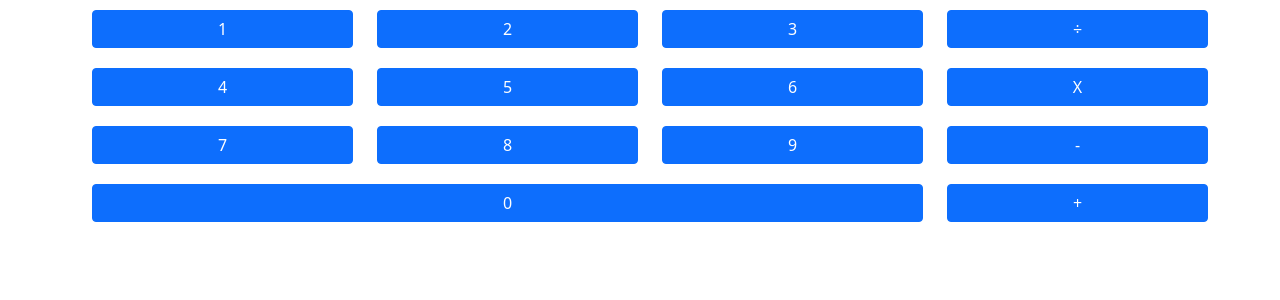
Repository: jsakdalan/CalculatorReactTypescript
Page: /
An editor plug-in stored every save of this project. The page is shown before and after the next save, followed by the edit.
The browser window is 1280 px wide. The pictures show the whole page.
The project was rebuilt for these pictures with package versions that can differ from the ones it lists, and the page was loaded fresh each time. Also part of the build but not shown: src/App.css.

Above is the page before, as saved 2022-06-07 15:54:33.

After the next save:
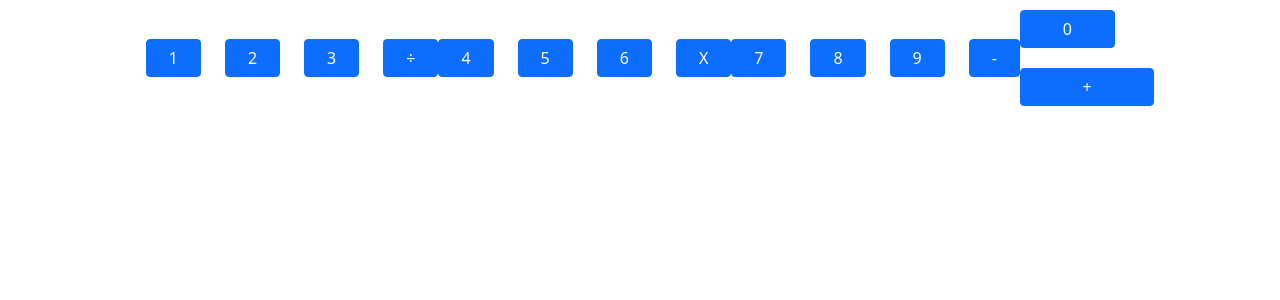
Saved 45 s later.
--- a/src/pages/Calculator.css
+++ b/src/pages/Calculator.css
@@ -1,8 +1,6 @@
 .container{
     width: 700px;
-    -webkit-flex-align: center;
-    -ms-flex-align: center;
-    -webkit-align-items: center;
+    display: flex;
     align-items: center;
     justify-content: center;
 }

After the save that followed:
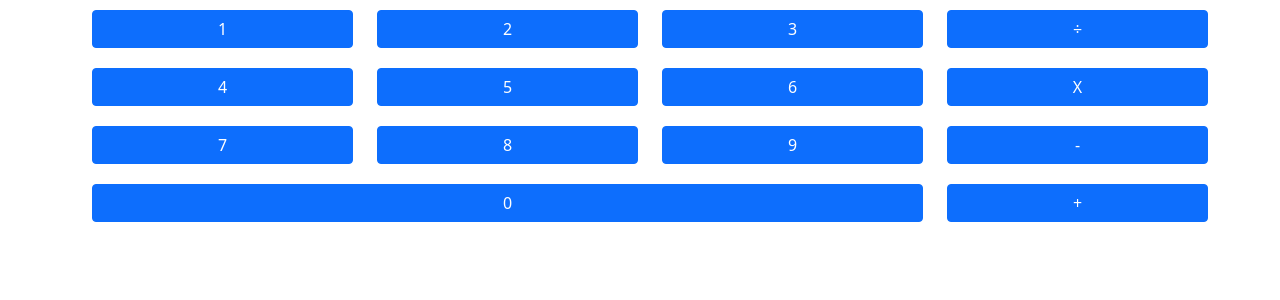
Saved 92 s later.
--- a/src/pages/Calculator.css
+++ b/src/pages/Calculator.css
@@ -1,8 +1,7 @@
 .container{
     width: 700px;
     display: flex;
-    align-items: center;
-    justify-content: center;
+    flex-direction: column;
 }
 
 .numerical{
